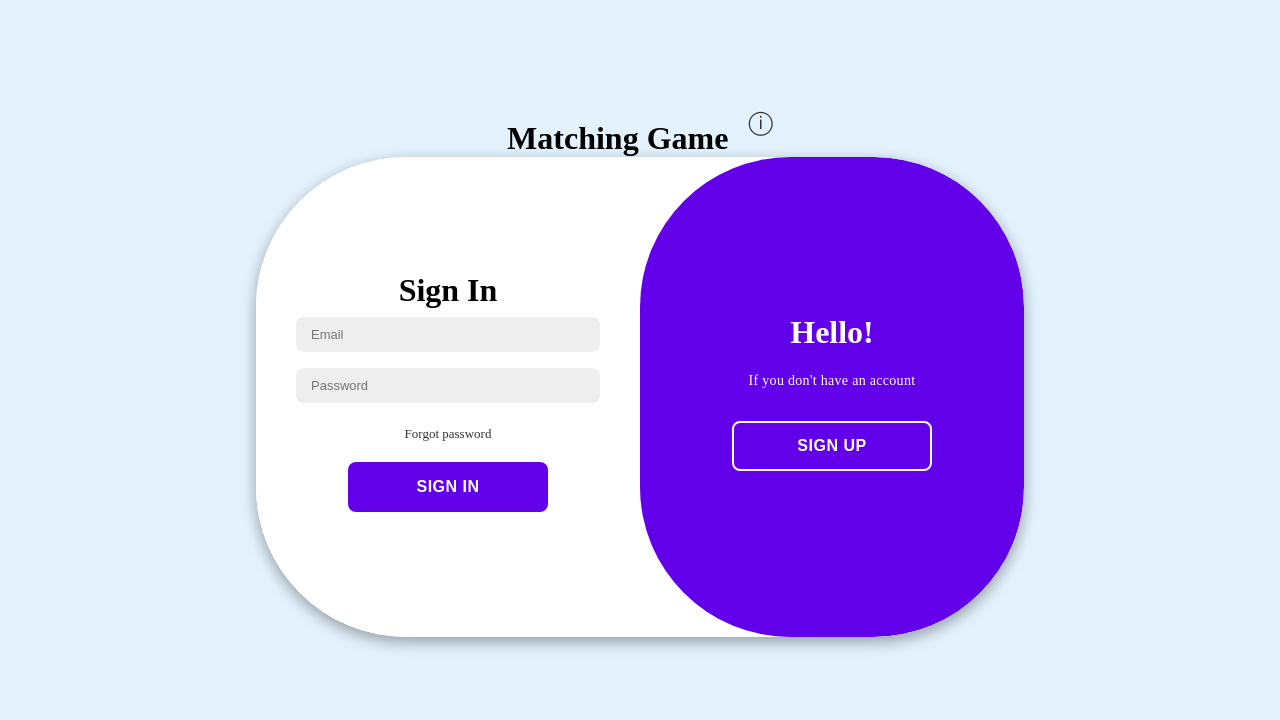
Repository: parnelltse/frontend2-courseproject
Page: /
These files come from the project's save history. The page is drawn as it stood at one moment and after the next save; the edit follows.
The browser window is 1280 px wide. The pictures show the whole page.
The project was rebuilt for these pictures with package versions that can differ from the ones it lists, and the page was loaded fresh each time. Also part of the build but not shown: vite.config.js, src/pages/home.jsx, src/components/BackButton.jsx, src/pages/gameoptions.jsx, src/pages/appsettings.jsx, src/pages/profilesettings.jsx, src/pages/gamehistory.jsx, src/pages/singleplayer.jsx and 4 more.

Above is the page before, as saved 2024-11-12 19:33:39.

After the next save:
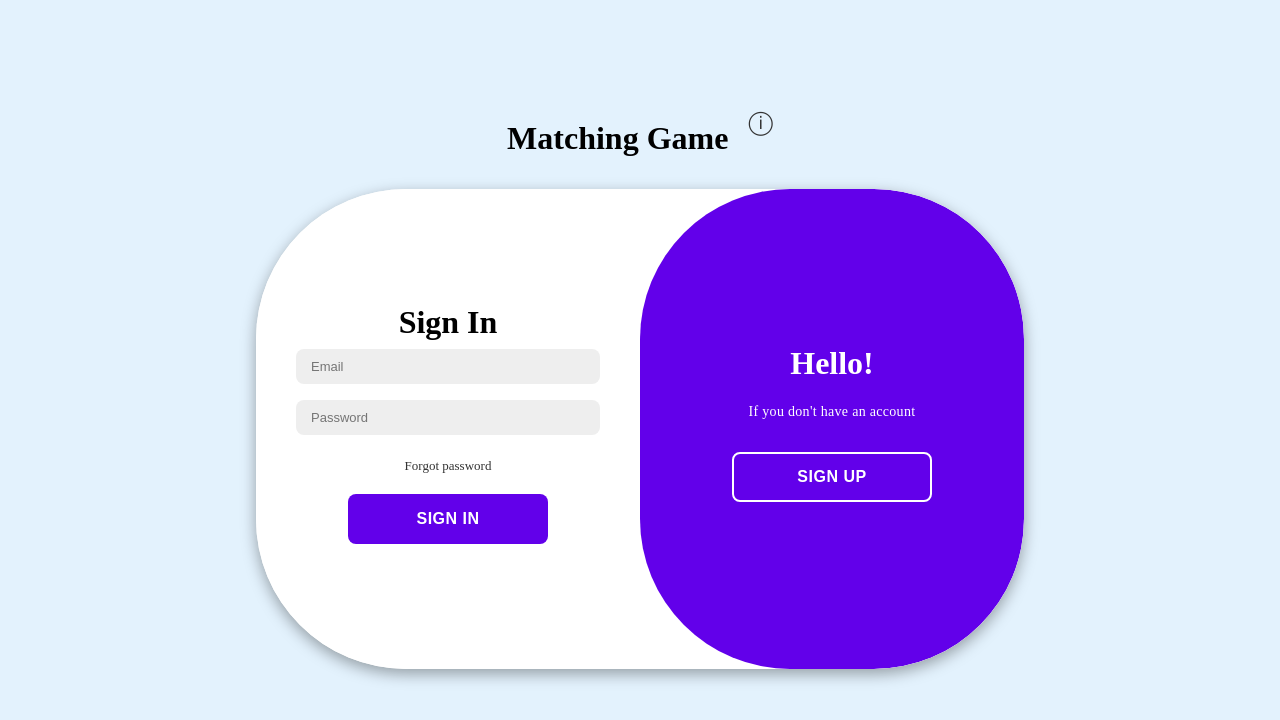
Saved 38 s later.
--- a/src/App.css
+++ b/src/App.css
@@ -7,6 +7,8 @@
 
   /* Home page */
   .container {
+	display: flex;
+	flex-direction: column;
 	align-items: center; /* Center the items horizontally */
 	justify-content: center; /* Center the items vertically */
 	min-height: 100vh; /* Full viewport height */
@@ -18,7 +20,6 @@
   header {
 	text-align: center;
 	margin-bottom: 40px; /* Space below header */
-	margin: auto;
   }
 
   button {
